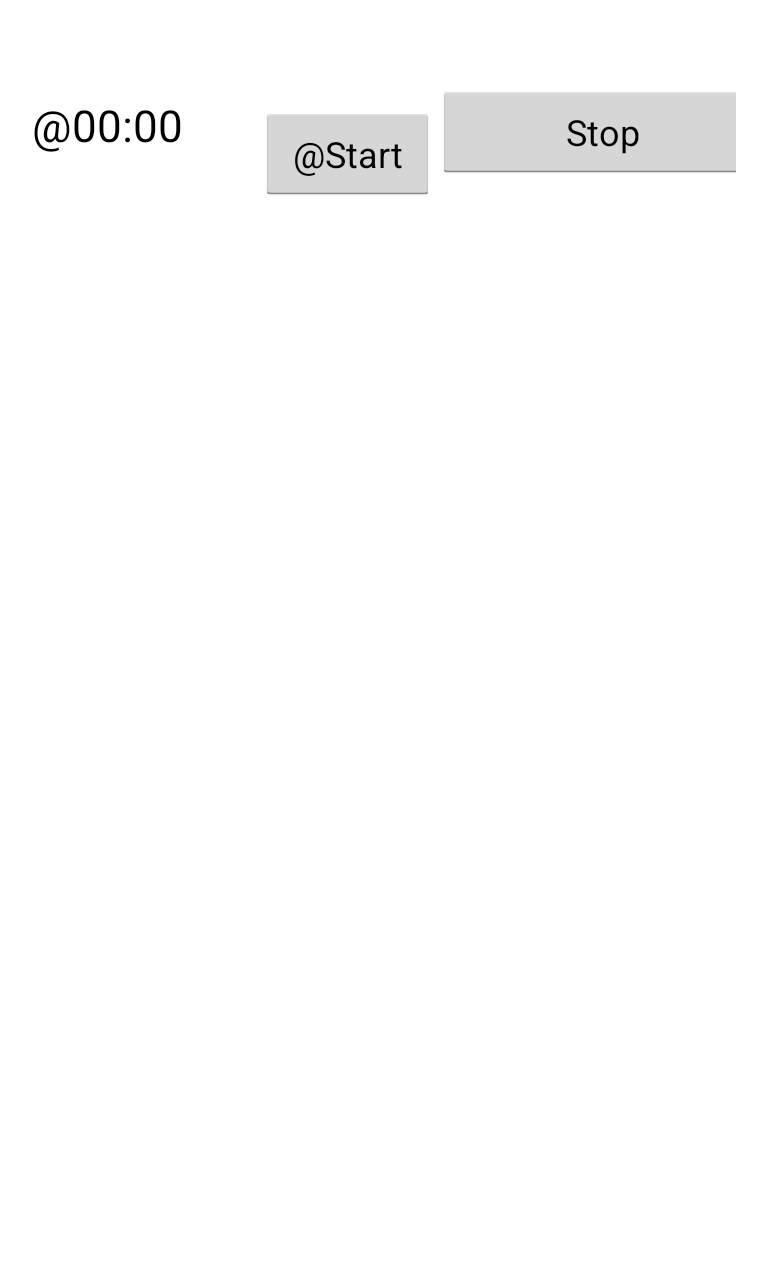
Repository: rjauquet/Android-ECE454
Layout: StopWatch/res/layout/activity_main.xml
An editor plug-in stored every save of this project. The layout is shown before and after the next save, followed by the edit.
It is drawn on a 768 x 1280 px phone screen (xhdpi) without system bars, with theme AppTheme; the app's code is not run.

Above is the layout before, as saved 2013-09-05 21:11:28.

### StopWatch/res/layout/activity_main.xml
<LinearLayout xmlns:android="http://schemas.android.com/apk/res/android"
    xmlns:tools="http://schemas.android.com/tools"
    android:layout_width="match_parent"
    android:layout_height="match_parent"
    android:paddingBottom="@dimen/activity_vertical_margin"
    android:paddingLeft="@dimen/activity_horizontal_margin"
    android:paddingRight="@dimen/activity_horizontal_margin"
    android:paddingTop="@dimen/activity_vertical_margin"
    tools:context=".MainActivity" >

    <TextView
        android:id="@+id/time-text"
        android:layout_width="wrap_content"
        android:layout_height="wrap_content"
        android:layout_marginTop="24dp"
        android:text="@00:00"
        android:textAppearance="?android:attr/textAppearanceLarge" />

    <Button
        android:id="@+id/start"
        android:layout_width="108dp"
        android:layout_height="wrap_content"
        android:layout_marginLeft="38dp"
        android:layout_marginTop="37dp"
        android:layout_weight="0.03"
        android:text="@Start" />

    <Button
        android:id="@+id/pause"
        android:layout_width="wrap_content"
        android:layout_height="wrap_content"
        android:layout_marginTop="32dp"
        android:layout_weight="0.16"
        android:text="@Pause" />

    <Button
        android:id="@+id/stop"
        android:layout_width="166dp"
        android:layout_height="wrap_content"
        android:layout_alignLeft="@+id/pause"
        android:layout_below="@+id/pause"
        android:layout_marginTop="26dp"
        android:text="Stop" />

</LinearLayout>

Loaded but not shown: StopWatch/res/values/styles.xml (common file); StopWatch/res/values-v11/styles.xml (common file); StopWatch/res/values-v14/styles.xml (common file); StopWatch/res/values/dimens.xml (common file)

After the next save:
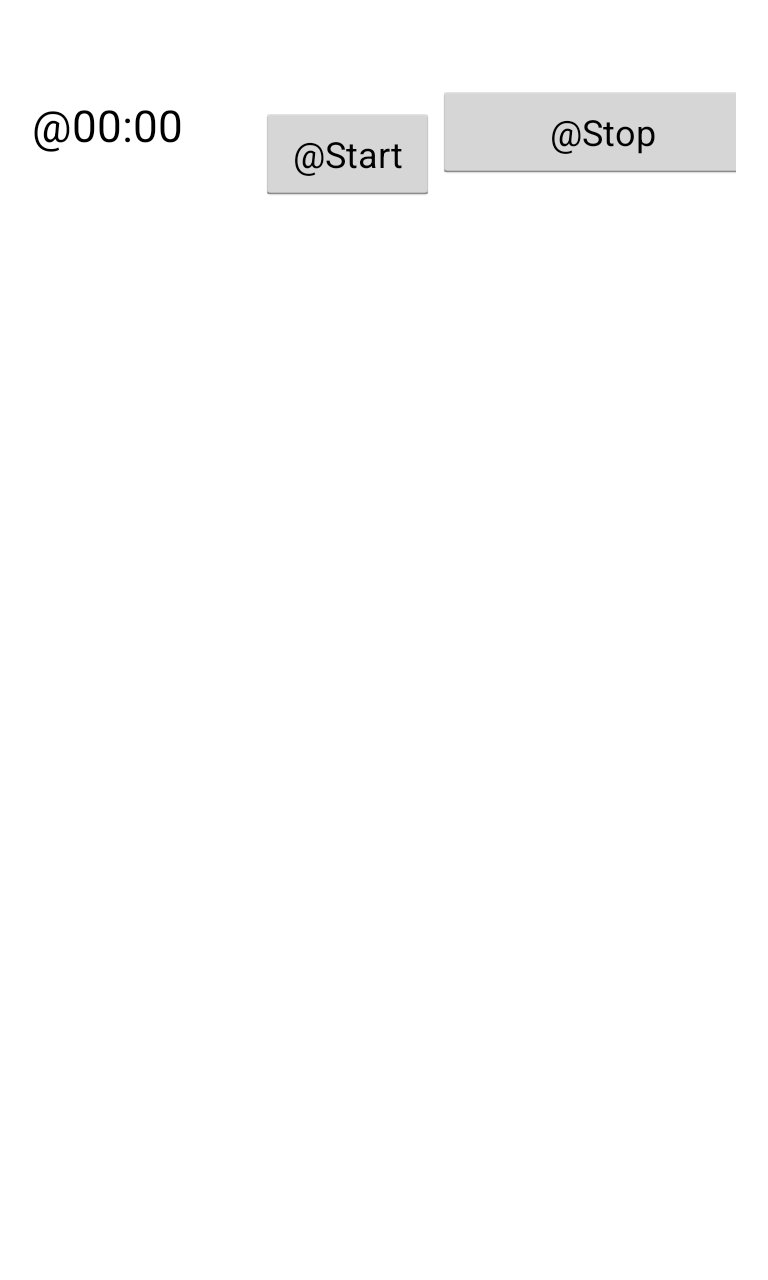
Saved 17 s later.
--- a/StopWatch/res/layout/activity_main.xml
+++ b/StopWatch/res/layout/activity_main.xml
@@ -40,6 +40,6 @@
         android:layout_alignLeft="@+id/pause"
         android:layout_below="@+id/pause"
         android:layout_marginTop="26dp"
-        android:text="Stop" />
+        android:text="@Stop" />
 
 </LinearLayout>
